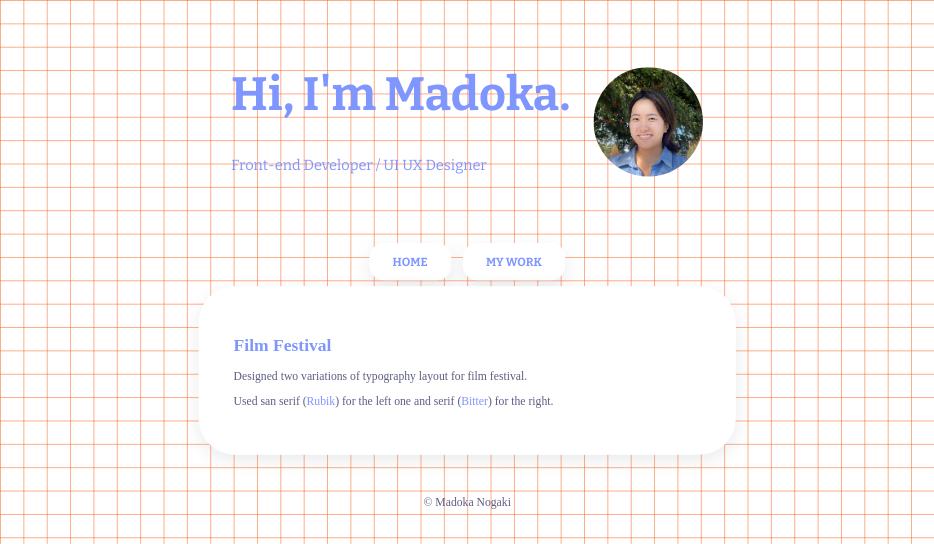
Repository: ohmaruko/portfolio
Page: /links/filmFestival
These files come from the project's save history. The page is drawn as it stood at one moment and after a run of saves; the edit follows.
The browser window is 1280 px wide. The pictures show the whole page, at 73% of full size.
The project was rebuilt for these pictures with package versions that can differ from the ones it lists, and the page was loaded fresh each time. The framework's server and built-in components were replaced by stand-ins that run in the browser. Also part of the build but not shown: next.config.mjs.

Above is the page before, as saved 2024-02-18 23:57:07.

### pages/links/filmFestival.js
import styles from '/styles/Home.module.css'
import Header from '@/components/Header'
import Footer from '@/components/Footer'
import { Open_Sans } from 'next/font/google'
import Image from 'next/image'
const openSans = Open_Sans ({subsets: ['latin']})
import Box from '@/components/Box'

export default function Works() {
  return (
    <>

      <head>
        <title>Madoka Nogaki Portfolio</title>
        <meta name="description" content="Portfolio page" />
        <meta name="viewport" content="width=device-width, initial-scale=1" />
        <link rel="icon" href="/favicon.png" />
      </head>

      <div className={styles.container}>
        <Header className={openSans.className}/>
        <main className={styles.film}>
            <div>
                <Box content={
                    <div>
                        <h2>Film Festival</h2>
                        <p>Designed two variations of typography layout for film festival.</p>
                        <p>Used san serif (<a href="https://fonts.google.com/specimen/Rubik" target='_blank'>Rubik</a>) for the left one
                        and serif (<a href="https://fonts.google.com/specimen/Bitter" target='_blank'>Bitter</a>) for the right.</p>
                        <div className={styles.filmAds}>
                          <Image src='/images/film1.png' alt='Hair Sunset Ad1' fill/>
                        </div>
                        <div className={styles.filmAds}>
                          <Image src='/images/film2.png' alt='Hair Sunset Ad2' fill/>
                        </div>
                    </div>
                }/>
            </div>
        </main>

        <div className={styles.outerContainer}>
          <Footer />
        </div>
      </div>

    </>
  )
}

### styles/globals.css
:root {
  --orange: #FF5714;
  --light-orange: rgba(255, 87, 20, 0.5);
  --blue: #7F96FF;
  --white: #fff;
  --light-yellow: #FFF6E5;
  --text: #5e5e83;
  color: var(--blue);
}

body {
  margin: 0;
  background-image:
    linear-gradient(to right, var(--light-orange) 1px, transparent 1px),
    linear-gradient(to bottom, var(--light-orange) 1px, transparent 1px);
  background-size: 2em 2em;
  background-color: var(--white);
}
h1 {
  font-size: 64px;
}
h2 {
  font-size: 24px;
}
h6 {
  font-size: 20px;
}
p {
  color: var(--text);
  font-size: 16px;
}
@media (max-width: 820px){
  h1 {
    font-size: 36px;
  }
  h2 {
    font-size: 20px;
  }
  h6 {
    font-size: 16px;
  }
  p {
    font-size: 14px;
  }
}

### styles/Home.module.css
.container {
  display: flex;
  flex-direction: column;
  align-items: center;
  min-height: 100vh;
  width: 100%;
}
/* .header {
  width: 70%;
} */
.outerContainer {
  display: flex;
  flex-wrap: wrap;
  width: 70%;
  justify-content: center;
  margin: 2em auto;
}
.box1 {
  width: 60%;
}
.box2 {
  width: 40%;
}
.link {
  text-decoration: none;
  color: var(--text);
  display: flex;
  align-items: center;
  gap: 1rem;
}
.logo {
  fill: var(--blue);
  padding: 5px;
  border-radius: 10px;
}
.link:hover .logo{
  background-color: var(--blue);
  fill: var(--white);
}
.skill {
  display: flex;
  gap: 1rem;
}
.footer {
  margin: 2rem;
}
.works {
  margin: 2rem;
  width: 70%;
  display: flex;
  flex-wrap: wrap;
  justify-content: center;
}
.donuts {
  width: 70%;
}
.ads {
  display: flex;
  flex-wrap: wrap;
  justify-content: center;
  gap: 1rem;
}
.logoContainer {
  display: flex;
  flex-direction: column;
}
.logoInner{
  display: flex;
  justify-content: space-evenly;
}
.film a{
  text-decoration: none;
  color: var(--blue);
}
.filmAds {
  width: 50vw;
  height: ;
  position: relative;
}


/* mobile */
@media (max-width: 820px){
  .box1 {
    flex-basis: 100%;
  }
  .box2 {
    flex-basis: 100%;
  }
  .outerContainer {
    width: 90%;
  }
  .donuts {
    width: 90%;
  }
  .hair {
    width: 90%;
  }
  .film {
    width: 90%;
  }
  .film Image {
    width: 100px;
    height: 100px;
  }
}

### components/Header/index.js
import styles from './Header.module.css'
import Image from 'next/image'
import Link from 'next/link'
import { Bitter } from 'next/font/google'
const bitter = Bitter ({subsets: ['latin']})

export default function Header() {
    return (
        <header className={`${styles.header}, ${bitter.className}`}>
            <div className={styles.banner}>
                <div>
                    <h1>Hi, I'm Madoka.</h1>
                    <h6 style={{fontWeight: 400}}>Front-end Developer / UI UX Designer</h6>
                </div>
                <Image src="/images/profile.png" alt="profile image" width={150} height={150} className={styles.img} />
            </div>
            <div className={styles.menu}>
                <Link href='/'>HOME</Link>
                <Link href='/works'>MY WORK</Link>
            </div>
        </header>

    )
}

### components/Footer/index.js
import styles from "./Footer.module.css"

export default function Footer() {
    return (
        <>
            <p>&copy; Madoka Nogaki</p>
        </>
    )
}

### components/Box/index.js
import styles from "./Box.module.css"

export default function Box({
    title,
    content,
}) {
    return (
        <div className={styles.box} style={{}}>
            <h2 style={{color: "var(--blue)"}}>{title}</h2>
            {content}
        </div>
    )
}

### components/Header/Header.module.css
.header {
    width: 100%;
}
.banner {
    font-size: 2em;
    color: var(--blue);
    display: flex;
    justify-content: center;
    align-items: center;
    gap: 2rem;
    margin: 3rem 0;
}
.img {
    border-radius: 50%;
}
.menu {
    display: flex;
    justify-content: center;
    gap: 1rem;
}
.menu a {
    text-decoration: none;
    color: var(--blue);
    font-weight: bold;
    background-color: var(--white);
    box-shadow: rgba(149, 157, 165, 0.2) 0px 8px 24px;
    border-radius: 20px;
    padding: 1rem 2rem;
}
.menu a:hover {
    background-color: var(--blue);
    color: var(--white);
}

@media (max-width: 820px){
    .banner{
        display: flex;
        flex-direction: column;
        margin: 2rem 1rem;
        text-align: center;
        gap: 0;
    }
}

### components/Box/Box.module.css
.box {
    background-color: var(--white);
    padding: 3em;
    margin: 0.5em;
    border-radius: 50px;
    box-shadow: rgba(149, 157, 165, 0.2) 0px 8px 24px;
}

Loaded but not shown: pages/_app.js (common file); pages/_document.js (common file); components/Footer/Footer.module.css (no stored copy; drawn as an empty file)

After the next 2 saves:
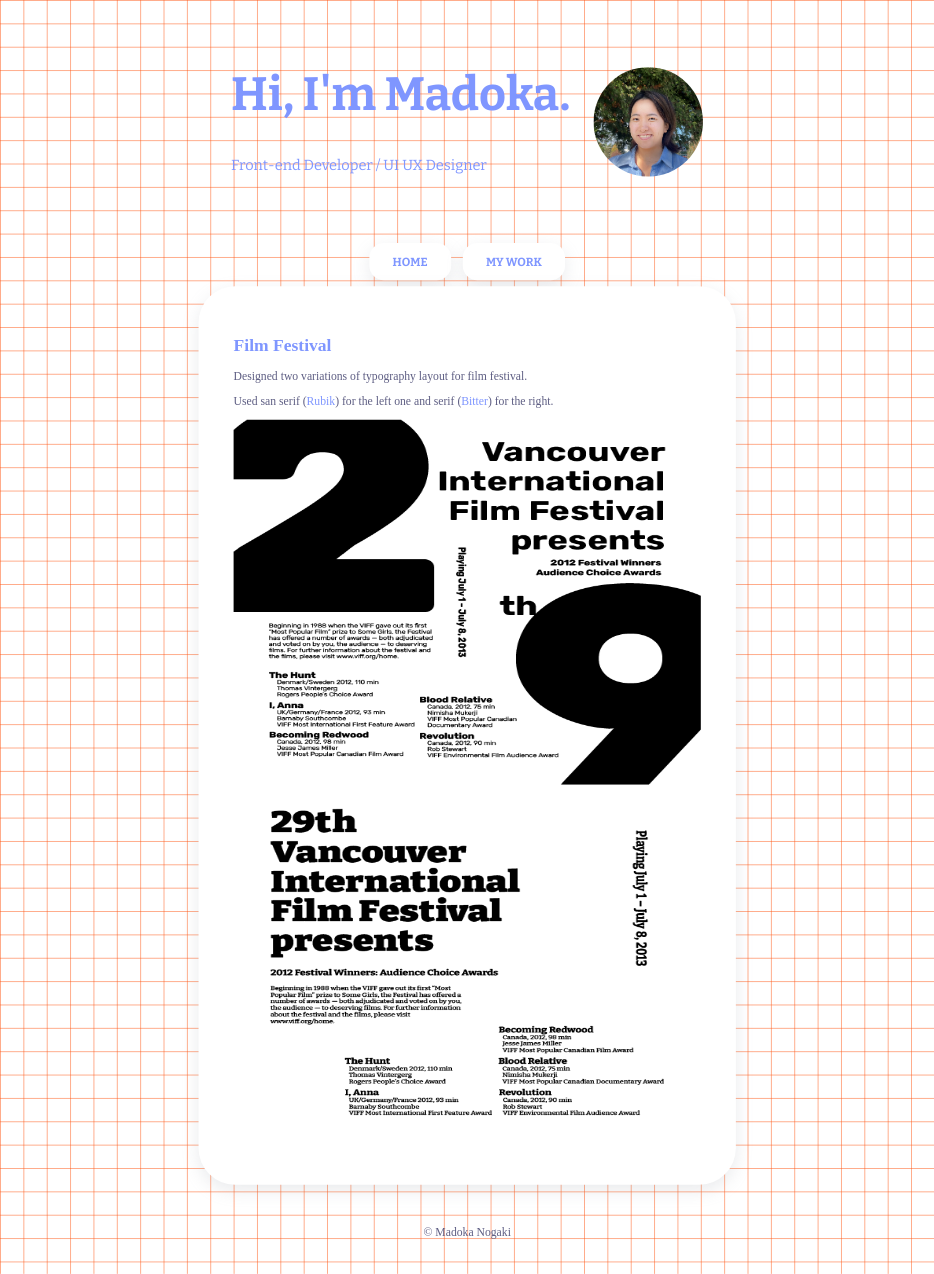
The 2 saves are shown as one change because they came seconds apart.
The last was saved 7 s later.
--- a/styles/Home.module.css
+++ b/styles/Home.module.css
@@ -74,7 +74,7 @@
 }
 .filmAds {
   width: 50vw;
-  height: ;
+  height: 500px;
   position: relative;
 }
 
